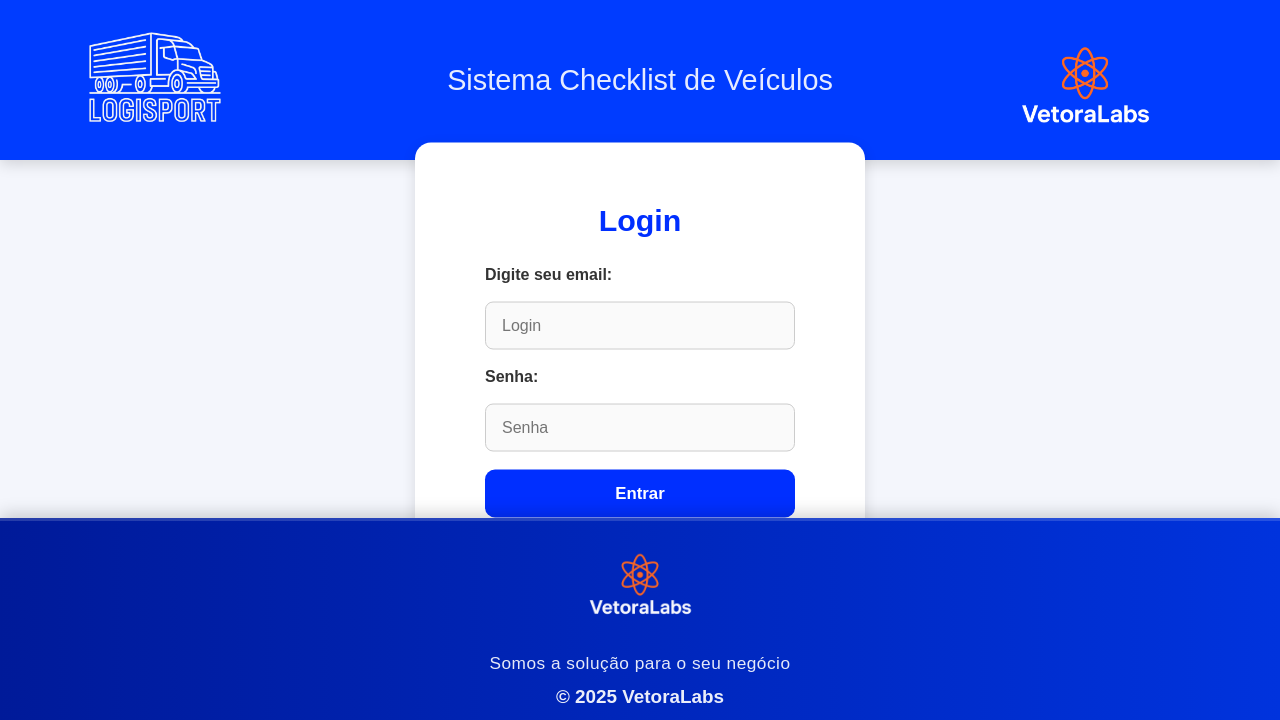
Repository: flaviofroes52/scv-vectoraLabs
Page: index.html
An editor plug-in stored every save of this project. The page is shown before and after a run of saves, followed by the edit.
The browser window is 1280 px wide. The pictures show the whole page.

Above is the page before, as saved 2025-11-28 07:36:51.
Console error: TypeError: Cannot read properties of null (reading 'addEventListener')

### index.html
<!DOCTYPE html>
<html lang="pt-br">
  <head>
    <meta charset="UTF-8" />
    <meta name="viewport" content="width=device-width, initial-scale=1.0" />
    <link rel="stylesheet" href="./public/styles/styles.css">

    <title>SCV - Dashboard</title>
  </head>

  <body>
    <div id="loginGeral">

      <!-- ======================================================
           🟦 HEADER
      ====================================================== -->
      <header id="containerSuperior" class="cabecalho">

        <img src="./public/assets/images/logoscv.png" id="logoSCV" />
        <img src="public/assets/images/vetora_log.png"  id="logoVetoraLabs" />

        <div class="titulos">
                  <span class="subtituloSistema">Sistema Checklist de Veículos</span>
        </div>
      </header>


      <!-- ======================================================
           🟩 MAIN — LOGIN
      ====================================================== -->
      <main id="containerMeio" class="containerMain">

        <div class="containerForm" id="containerForm">
          <h1>Login</h1>

          <form id="loginForm" class="formLogin">
            <label for="email">Digite seu email:</label>
            <input type="email" placeholder="Login" id="email" required />

            <label for="senha">Senha:</label>
            <input type="password" placeholder="Senha" id="senha" required />

            <button type="submit">Entrar</button>
          </form>
        </div>

      </main>
      <footer id="footerSistema" class="footerSistema">

        <div class="footerConteudo">

          <!-- Logo VetoraLabs -->
          <img
            src="public/assets/images/vetora_log.png"
            alt="Logo VetoraLabs"
            class="logoFooter"
          />

          <!-- Slogan -->
          <span class="footerSlogan">
            Somos a solução para o seu negócio
          </span>

          <!-- Copyright -->
          <span class="footerCopy">
            © <span id="anoFooter"></span> VetoraLabs
          </span>

        </div>

      </footer>


      <!-- ======================================================
           🟦 SCRIPTS
      ====================================================== -->

      <script type="module" src="public/scripts/modules/main.js"></script>
      <script type="module" src="public/scripts/scripts.js"></script>



    </div>
  </body>
</html>

### public/styles/styles.css
@import url("./layouts/global.css");
@import url("./layouts/login.css");
@import url("./layouts/saudacao.css");
@import url("./layouts/header.css");
@import url("./layouts/footer.css");

/* pages */

@import url("./layouts/dashboard.css");
@import url("./layouts/menu.css");
@import url("./layouts/painelcads.css");
@import url("./layouts/cadastroMotorista.css");
@import url("./layouts/cadsveiculos.css");
@import url("./layouts/cadsusuarios.css");
@import url("./layouts/operacoes.css");

### public/styles/layouts/global.css
/* =========================================================
   🔄 RESET GLOBAL
========================================================= */
* {
    margin: 0;
    padding: 0;
    box-sizing: border-box;
}

/* =========================================================
   🔤 FONTES + BACKGROUND GLOBAL
========================================================= */
@import url('https://fonts.googleapis.com/css2?family=Poppins:wght@300;400;500;600;700&display=swap');

html, body {
    width: 100%;
    min-height: 100vh;
    background: #f4f6fc;
    font-family: "Poppins", sans-serif;
}

/* =========================================================
   📝 TIPOGRAFIA GLOBAL
========================================================= */
h1, h2, h3, h4, p, span, li, label {
    font-family: "Poppins", sans-serif;
    list-style: none;
}

/* =========================================================
   🔘 BOTÕES PADRÃO
========================================================= */
button {
    cursor: pointer;
    font-family: "Poppins", sans-serif;
}

/* =========================================================
   📝 INPUTS GLOBAIS
========================================================= */
input, select, textarea {
    font-family: "Poppins", sans-serif;
    border: none;
    outline: none;
}

/* =========================================================
   🔗 LINKS
========================================================= */
a {
    text-decoration: none;
    color: inherit;
}

/* =========================================================
   🧭 SCROLL SUAVE
========================================================= */
html {
    scroll-behavior: smooth;
}

/* =========================================================
   📦 CONTAINER PRINCIPAL (para centralizar tudo)
========================================================= */
#dashGeral {
    width: 100%;
    margin: 0;
    padding: 0;
}

/* =========================================================
   🟦 LAYOUT GLOBAL COM 100VH (SEGURO)
   - Mantém todas as páginas com altura completa
   - Não interfere no dashboard
   - Não briga com layouts existentes
========================================================= */

body {
    display: flex;
    flex-direction: column;
    min-height: 100vh; /* garante que a página ocupe a tela inteira */
}

/* Áreas principais empurram o footer */
main,
section,
#pagina-login,
#dashGeral {
    flex: 1;
    display: flex;
    flex-direction: column;
}

/* =========================================================
   🟦 FOOTER SEMPRE NO FINAL
========================================================= */
#footerSistema {
    margin-top: auto; /* empurra o footer pro rodapé */
}

### public/styles/layouts/login.css
/* =========================================================
   🟦 LOGIN — FORMULÁRIO CENTRALIZADO
========================================================= */

#containerForm {
  display: flex;
  flex-direction: column;
  justify-content: center;
  align-items: center;

  width: 450px;
  max-width: 92%;
  padding: 60px 70px;

  background-color: #fff;
  box-shadow: 0 4px 14px rgba(0, 0, 0, 0.12);
  border-radius: 16px;

  position: absolute;
  top: 50%;
  left: 50%;
  transform: translate(-50%, -50%);

  z-index: 999;
}

/* =========================================================
   📝 TÍTULO
========================================================= */

#containerForm h1 {
  text-align: center;
  color: #002fff;
  font-weight: 700;
  font-size: 1.9rem;
  margin-bottom: 28px;
}

/* =========================================================
   📌 FORMULÁRIO DE LOGIN
========================================================= */

#loginForm {
  width: 100%;
  display: flex;
  flex-direction: column;
  gap: 18px;
}

#loginForm label {
  font-weight: 600;
  color: #333;
  font-size: 1rem;
}

#loginForm input {
  padding: 14px 16px;
  border-radius: 8px;
  border: 1px solid #ccc;
  font-size: 1rem;
  width: 100%;
  outline: none;
  transition: border-color 0.2s ease, box-shadow 0.2s;
}

#loginForm input:focus {
  border-color: #002fff;
  box-shadow: 0 0 6px rgba(0, 90, 255, 0.4);
}

/* BOTÃO AJUSTADO PARA O NOVO TAMANHO DO MODAL */
#loginForm button {
  width: 100%;
  padding: 14px;
  border-radius: 10px;
  border: none;
  font-weight: 700;
  background-color: #002fff;
  color: white;
  font-size: 1.05rem;
  cursor: pointer;
  transition: 0.25s;
}

#loginForm button:hover {
  background-color: #001fb3;
  transform: translateY(-2px);
}

/* =========================================================
   📱 RESPONSIVO
========================================================= */
@media (max-width: 600px) {
  #containerForm {
    width: 90%;
    padding: 35px 28px;
  }

  #containerForm h1 {
    font-size: 1.6rem;
  }

  #loginForm input {
    font-size: 0.95rem;
    padding: 12px;
  }

  #loginForm button {
    font-size: 0.95rem;
    padding: 12px;
  }
}

/* =========================================================
   📱 RESPONSIVO EXTRA — TELAS MUITO PEQUENAS
========================================================= */
@media (max-width: 420px) {

  #containerForm {
    padding: 26px 20px;
  }

  #containerForm h1 {
    font-size: 1.4rem;
  }

  #loginForm input {
    font-size: 0.88rem;
    padding: 10px;
  }

  #loginForm button {
    padding: 10px;
    font-size: 0.9rem;
  }
}

@media (max-width: 330px) {

  #containerForm {
    padding: 20px 14px;
  }

  #containerForm h1 {
    font-size: 1.25rem;
  }

  #loginForm input {
    font-size: 0.82rem;
    padding: 8px;
  }

  #loginForm button {
    padding: 8px;
    font-size: 0.85rem;
  }
}

### public/styles/layouts/saudacao.css
/* =========================================================
   🟦 SAUDAÇÃO — LETREIRO NO TOPO (SEM FUNDO)
   ========================================================= */

#usuarioArea {
    width: 100%;
    position: relative;

    /* deixa o texto lá no topo, quase encostando */
    margin-top: 10px;
    margin-bottom: 25px;

    display: flex;
    flex-direction: column;
    align-items: center;
    gap: 3px;

    /* sem fundo, sem borda */
    background: transparent !important;
    border: none !important;
}

/* texto principal: "Bom dia" */
#usuarioSaudacao {
    font-size: 1.8rem;
    font-weight: 700;
    color: #003cff;
    letter-spacing: 0.5px;
}

/* email do usuário */
#usuarioNome {
    font-size: 1rem;
    font-weight: 500;
    opacity: 0.85;
    color: #222;
}

/* Classe usada para esconder quando abrir alguma função */
.usuarioAreaOculta {
    display: none !important;
}

/* =========================================================
   📱 RESPONSIVIDADE — TOTALMENTE CIRÚRGICA
   ========================================================= */

@media (max-width: 700px) {
    #usuarioSaudacao {
        font-size: 1.5rem;
    }
    #usuarioNome {
        font-size: 0.9rem;
    }
    #usuarioArea {
        margin-top: 8px;
        margin-bottom: 20px;
    }
}

@media (max-width: 500px) {
    #usuarioSaudacao {
        font-size: 1.35rem;
    }
    #usuarioNome {
        font-size: 0.85rem;
    }
    #usuarioArea {
        gap: 2px;
    }
}

@media (max-width: 360px) {
    #usuarioSaudacao {
        font-size: 1.2rem;
        letter-spacing: 0.3px;
    }
    #usuarioNome {
        font-size: 0.78rem;
    }
    #usuarioArea {
        margin-bottom: 18px;
    }
}

/* Monitores grandes */
@media (min-width: 1400px) {
    #usuarioSaudacao {
        font-size: 2rem;
    }
    #usuarioNome {
        font-size: 1.15rem;
    }
}

### public/styles/layouts/footer.css
/* ============================================================
   🟦 FOOTER VETORALABS — VISUAL PROFISSIONAL AJUSTADO
   Legibilidade aprimorada • Logo maior • Layout corporativo
============================================================ */

#footerSistema {
  width: 100%;
  background: linear-gradient(90deg, #001a99, #0033dd);
  padding: 12px 0;  /* 🔥 altura levemente ampliada pra ficar mais elegante */
  display: flex;
  justify-content: center;
  align-items: center;
  border-top: 3px solid rgba(255, 255, 255, 0.15);
  margin-top: 40px;
  font-family: "Poppins", sans-serif;
  box-shadow: 0 -4px 16px rgba(0, 0, 0, 0.18);
  position: fixed;
  bottom: 0;
  left: 0;
  z-index: 9999;
}

/* ============================
   Conteúdo interno
=============================== */
.footerConteudo {
  display: flex;
  flex-direction: column;
  align-items: center;
  gap: 10px;  /* 🔼 espaçamento maior pra respiração e leitura */
  text-align: center;
  color: #ffffff;
}

/* ============================
   Logo VetoraLabs
=============================== */
.logoFooter {
  height: 110px;   /* 🔥 TAMANHO PROFISSIONAL */
  object-fit: contain;
  opacity: 0.97;
  transition: 0.25s ease-in-out;
}

.logoFooter:hover {
  opacity: 1;
  transform: scale(1.05);
}

/* ============================
   Slogan
=============================== */
.footerSlogan {
  font-size: 1.08rem;  /* 🔼 mais legível */
  letter-spacing: 0.5px;
  opacity: 0.9;
  font-weight: 500;
}

/* ============================
   Copyright
=============================== */
.footerCopy {
  font-size: 1.18rem;  /* 🔼 bem mais claro e profissional */
  opacity: 0.92;
  margin-top: 2px;
  font-weight: 600;
}

/* ============================
   Responsividade
=============================== */
@media (max-width: 600px) {
  #footerSistema {
    padding: 10px 0;
  }

  .logoFooter {
    height: 85px; /* 🔥 mantém legível sem esmagar a tela */
  }

  .footerSlogan {
    font-size: 1rem;
  }

  .footerCopy {
    font-size: 1.05rem;
  }
}

/* ============================================================
   📱 EXTRA — Responsividade Máxima (TELAS MUITO PEQUENAS)
============================================================ */
@media (max-width: 420px) {

  #footerSistema {
    padding: 8px 0;
  }

  .logoFooter {
    height: 70px; /* 🔥 ajuste perfeito para celulares compactos */
  }

  .footerSlogan {
    font-size: 0.95rem;
    letter-spacing: 0.3px;
  }

  .footerCopy {
    font-size: 0.95rem;
  }
}

/* ============================================================
   📱 EXTRA — MICROTELAS (≤ 360px)
============================================================ */
@media (max-width: 360px) {

  #footerSistema {
    padding: 6px 0;
  }

  .logoFooter {
    height: 60px;
  }

  .footerSlogan {
    font-size: 0.88rem;
  }

  .footerCopy {
    font-size: 0.88rem;
  }
}

### public/styles/layouts/painelcads.css
/* ======================================================
   🎨 Painel de Cadastros — SCV
   Compatível 100% com o HTML fornecido
====================================================== */

/* Corpo principal */
.painelcads {
  font-family: Arial, Helvetica, sans-serif;
  background: linear-gradient(135deg, #0f172a 0%, #1e293b 50%, #334155 100%);
  background-attachment: fixed;
  background-size: cover;
  margin: 0;
  padding: 0;
  min-height: 100vh;
  display: flex;
  flex-direction: column;
  justify-content: center;
  align-items: center;
  position: relative;
}

/* Textura */
.painelcads::before {
  content: "";
  position: absolute;
  inset: 0;
  background-image: repeating-linear-gradient(
    45deg,
    rgba(255,255,255,0.03) 0px,
    rgba(255,255,255,0.03) 2px,
    transparent 2px,
    transparent 6px
  );
  opacity: 0.4;
  pointer-events: none;
}

.painelcads h1 {
  color: white;
  font-size: 2.5em;
  margin-bottom: 50px;
  text-shadow: 0 2px 6px rgba(0,0,0,0.4);
  z-index: 10;
}

/* ================================
   🧩 Grid do Mosaico
================================ */
.cadmosaico {
  display: grid;
  grid-template-columns: repeat(2, 240px);
  gap: 40px;
  z-index: 10;
}

/* Botões */
.botao {
  height: 150px;
  border: none;
  border-radius: 20px;
  font-size: 1.3em;
  font-weight: bold;
  color: white;
  cursor: pointer;
  padding-top: 15px;
  transition: 0.25s ease-in-out;
  display: flex;
  flex-direction: column;
  justify-content: center;
  align-items: center;
}

.botao svg {
  width: 40px;
  height: 40px;
  margin-bottom: 10px;
  fill: white;
}

.botao:hover {
  transform: scale(1.07);
  box-shadow: 0px 8px 20px rgba(0,0,0,0.35);
}

/* ================================
   🎨 Cores individuais dos botões
================================ */
.motoristas {
  background-color: #ef4444; /* vermelho */
}

.veiculos {
  background-color: #2563eb; /* azul */
}

.usuarios {
  background-color: #16a34a; /* verde */
}

.sair {
  background-color: #f59e0b; /* amarelo */
}

/* ======================================================
   📱 RESPONSIVIDADE OFICIAL
   Mantendo seu layout EXATO
====================================================== */

/* Tablets e celulares */
@media (max-width: 900px) {
  .cadmosaico {
    grid-template-columns: repeat(2, 1fr);
    gap: 30px;
  }

  .botao {
    width: 40vw;
    height: 140px;
  }

  .painelcads h1 {
    font-size: 2.2em;
  }
}

/* Celulares médios */
@media (max-width: 700px) {
  .cadmosaico {
    grid-template-columns: 1fr;
    gap: 25px;
  }

  .botao {
    width: 75vw;
    height: 130px;
  }

  .painelcads h1 {
    font-size: 2em;
  }
}

/* Celulares pequenos */
@media (max-width: 450px) {
  .botao {
    width: 82vw;
    height: 120px;
    font-size: 1.15em;
  }

  .painelcads h1 {
    font-size: 1.8em;
  }
}

/* Celulares muito pequenos */
@media (max-width: 360px) {
  .botao {
    width: 88vw;
    height: 115px;
    font-size: 1.05em;
  }

  .painelcads h1 {
    font-size: 1.6em;
  }
}

/* Monitores grandes */
@media (min-width: 1400px) {
  .cadmosaico {
    grid-template-columns: repeat(2, 260px);
  }

  .botao {
    height: 160px;
    font-size: 1.4em;
  }
}

### public/styles/layouts/cadsveiculos.css
/* =========================================================
   📦 CONTAINER PRINCIPAL
========================================================= */
.cadastro-veiculos {
  display:none;
  width: 100%;
  max-width: 460px;
  margin: 0 auto;
  background: #ffffff;
  padding: 25px;
  border-radius: 22px;
  box-shadow: 0px 0px 12px #0002;
}

/* =========================================================
   🏷️ TÍTULO
========================================================= */
.titulo-cadastro {
  text-align: center;
  font-size: 24px;
  font-weight: 600;
  margin-bottom: 20px;
}

/* =========================================================
   🖼️ FOTO — QUADRO E INPUT
========================================================= */
.foto-wrapper {
  display: flex;
  flex-direction: column;
  align-items: center;
  gap: 8px;
}

.foto-quadro {
  width: 120px;
  height: 90px;
  background: #f0f0f0;
  border: 2px solid #ccc;
  border-radius: 10px;
  display: flex;
  justify-content: center;
  align-items: center;
}

.foto-quadro img {
  width: 100%;
  height: 100%;
  object-fit: contain;
  border-radius: 8px;
}

.input-file {
  padding: 6px 12px;
  border-radius: 8px;
  background: #e9e9e9;
  border: 1px solid #ccc;
}

/* =========================================================
   📝 FORMULÁRIO
========================================================= */
.form-veiculos {
  display: flex;
  flex-direction: column;
  gap: 10px;
  margin-top: 15px;
}

input, select {
  padding: 12px;
  border-radius: 10px;
  border: 1px solid #c7c7c7;
  background: #fafafa;
  font-size: 15px;
  outline: none;
}

/* =========================================================
   🔘 BOTÕES
========================================================= */
.botoes-veiculos {
  display: flex;
  justify-content: space-between;
  margin-top: 18px;
}

.btn-acao {
  width: 52px;
  height: 52px;
  border-radius: 50%;
  border: none;
  cursor: pointer;
  display: flex;
  align-items: center;
  justify-content: center;
}

/* CORES */
.btn-azul {
  background: #007bff;
}

.btn-amarelo {
  background: #ffc107;
}

.btn-vermelho {
  background: #dc3545;
}

.btn-cinza {
  background: #6c757d;
}

/* =========================================================
   📱 RESPONSIVIDADE — PROFISSIONAL E SUAVE
   🔥 SEM ALTERAR NADA DO DESIGN EXISTENTE
========================================================= */

/*  👉 Telas até 600px (celulares) */
@media (max-width: 600px) {

  .cadastro-veiculos {
    width: 95%;
    padding: 18px;
  }

  .titulo-cadastro {
    font-size: 20px;
  }

  .foto-quadro {
    width: 100px;
    height: 75px;
  }

  input, select {
    font-size: 14px;
    padding: 10px;
  }

  .botoes-veiculos {
    justify-content: space-around;
    gap: 10px;
  }

  .btn-acao {
    width: 46px;
    height: 46px;
  }
}

/*  👉 Telas muito pequenas (até 400px) */
@media (max-width: 400px) {

  .cadastro-veiculos {
    width: 92%;
    padding: 15px;
    border-radius: 16px;
  }

  .titulo-cadastro {
    font-size: 18px;
  }

  .foto-quadro {
    width: 85px;
    height: 65px;
  }

  .btn-acao {
    width: 40px;
    height: 40px;
  }
}

/*  👉 Telas maiores (acima de 1200px) */
@media (min-width: 1200px) {
  .cadastro-veiculos {
    max-width: 520px;
    padding: 30px;
  }

  .titulo-cadastro {
    font-size: 26px;
  }
}

### public/index.html
<!DOCTYPE html>
<html lang="pt-br">
  <head>
    <meta charset="UTF-8" />
    <meta name="viewport" content="width=device-width, initial-scale=1.0" />
    <link rel="stylesheet" href="/public/styles/styles.css">

    <title>SCV - Dashboard</title>
  </head>

  <body>
    <div id="loginGeral">

      <!-- ======================================================
           🟦 HEADER
      ====================================================== -->
      <header id="containerSuperior" class="cabecalho">

        <img src="/public/assets/images/logoscv.png" id="logoSCV" />
        <img src="/public/assets/images/vetora_log.png"  id="logoVetoraLabs" />

        <div class="titulos">
                  <span class="subtituloSistema">Sistema Checklist de Veículos</span>
        </div>
      </header>


      <!-- ======================================================
           🟩 MAIN — LOGIN
      ====================================================== -->
      <main id="containerMeio" class="containerMain">

        <div class="containerForm" id="containerForm">
          <h1>Login</h1>

          <form id="loginForm" class="formLogin">
            <label for="email">Digite seu email:</label>
            <input type="email" placeholder="Login" id="email" required />

            <label for="senha">Senha:</label>
            <input type="password" placeholder="Senha" id="senha" required />

            <button type="submit">Entrar</button>
          </form>
        </div>

      </main>
      <footer id="footerSistema" class="footerSistema">

        <div class="footerConteudo">

          <!-- Logo VetoraLabs -->
          <img
            src="/public/assets/images/vetora_log.png"
            alt="Logo VetoraLabs"
            class="logoFooter"
          />

          <!-- Slogan -->
          <span class="footerSlogan">
            Somos a solução para o seu negócio
          </span>

          <!-- Copyright -->
          <span class="footerCopy">
            © <span id="anoFooter"></span> VetoraLabs
          </span>

        </div>

      </footer>


      <!-- ======================================================
           🟦 SCRIPTS
      ====================================================== -->

      <script type="module" src="./public/scripts/modules/main.js"></script>
      <script type="module" src="./public/scripts/scripts.js"></script>



    </div>
  </body>
</html>

Loaded but not shown: public/scripts/modules/ui.js (642 lines, source omitted); public/scripts/modules/cadveiculos.js (277 lines, source omitted); public/scripts/modules/motoristas.js (225 lines, source omitted); public/scripts/modules/api.js (242 lines, source omitted); public/scripts/modules/paineladm.js (155 lines, source omitted); public/scripts/modules/cadsusuarios.js (147 lines, source omitted); public/scripts/modules/painelcads.js (130 lines, source omitted); public/scripts/modules/main.js (121 lines, source omitted); public/scripts/modules/validacao.js (96 lines, source omitted); public/scripts/scripts.js (94 lines, source omitted); public/scripts/modules/authDashboard.js (51 lines, source omitted); public/scripts/modules/operacoes.js (38 lines, source omitted); public/styles/layouts/dashboard.css (531 lines, source omitted); public/styles/layouts/cadsusuarios.css (260 lines, source omitted); public/styles/layouts/cadastroMotorista.css (231 lines, source omitted); public/styles/layouts/menu.css (207 lines, source omitted); public/styles/layouts/header.css (211 lines, source omitted); public/styles/layouts/operacoes.css (216 lines, source omitted)

After the next 3 saves:
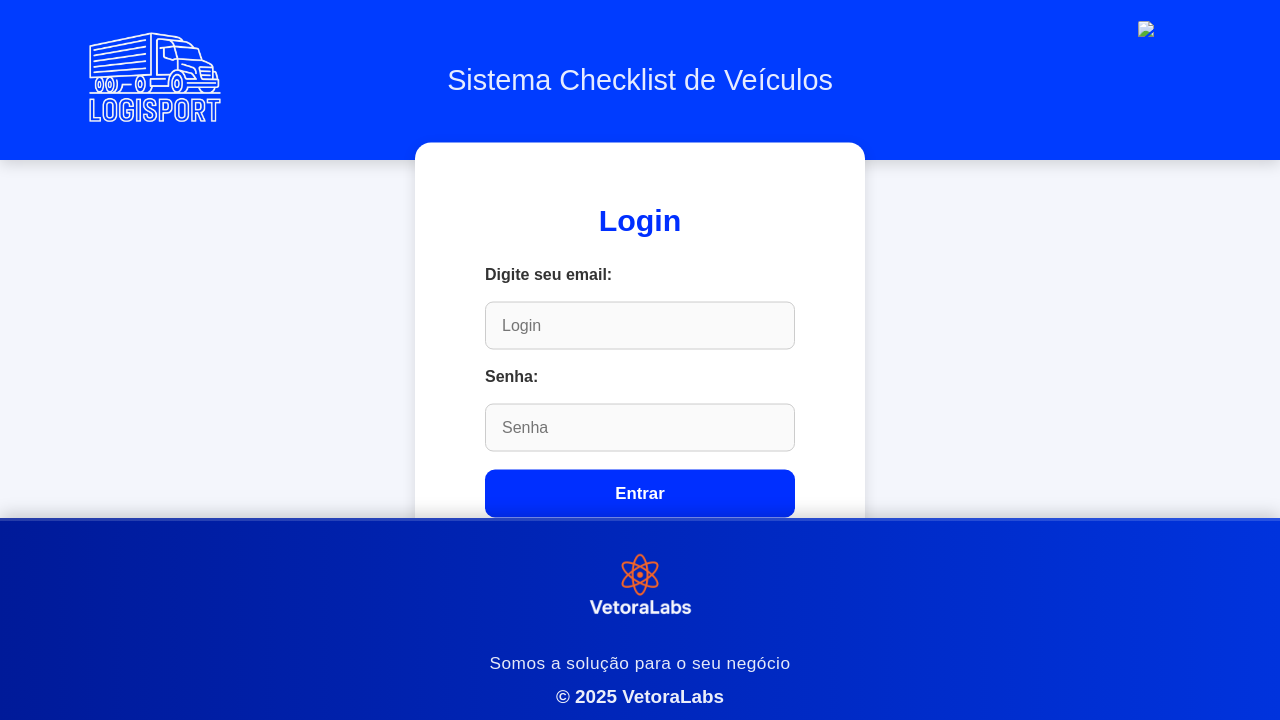
The 3 saves are shown as one change because they came seconds apart.
The last was saved 11 s later.
--- a/index.html
+++ b/index.html
@@ -17,7 +17,7 @@
       <header id="containerSuperior" class="cabecalho">
 
         <img src="./public/assets/images/logoscv.png" id="logoSCV" />
-        <img src="public/assets/images/vetora_log.png"  id="logoVetoraLabs" />
+        <img src="./public/"  id="logoVetoraLabs" />
 
         <div class="titulos">
                   <span class="subtituloSistema">Sistema Checklist de Veículos</span>
